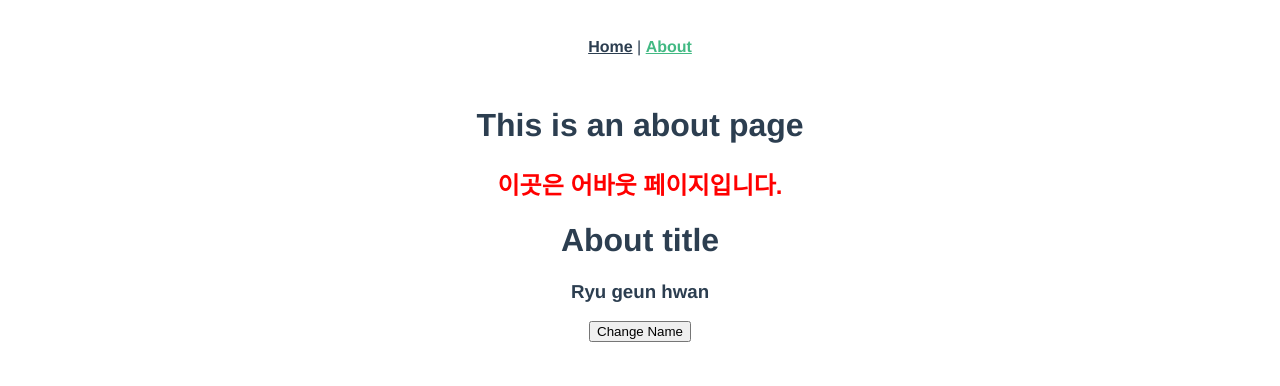
Repository: RyuGeunHwan/code_J
Page: /about (app in vue-props/)
These files come from the project's save history. The page is drawn as it stood at one moment and after the next save; the edit follows.
The browser window is 1280 px wide. The pictures show the whole page.
The project was rebuilt for these pictures with package versions that can differ from the ones it lists, and the page was loaded fresh each time. Also part of the build but not shown: vue-props/src/views/Home.vue.

Above is the page before, as saved 2022-08-26 16:44:41.

After the next save:
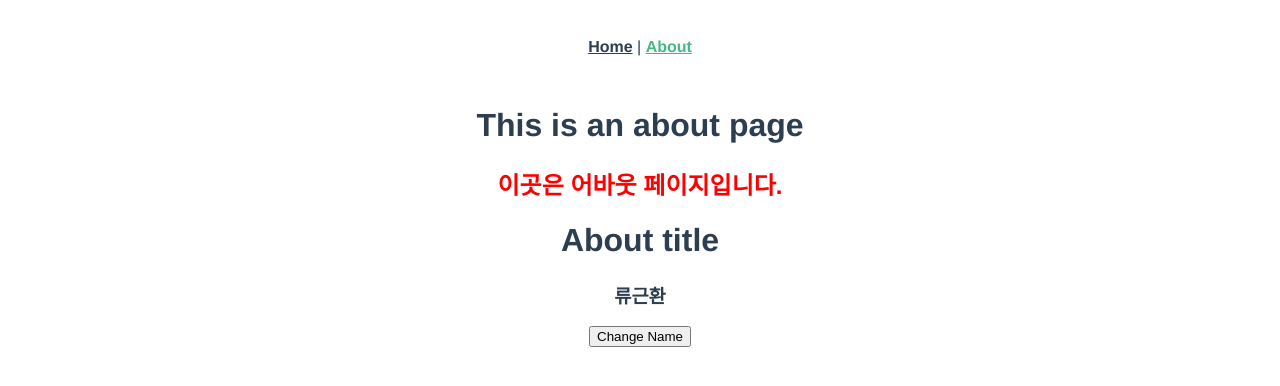
Saved 82 s later.
--- a/vue-props/src/views/About.vue
+++ b/vue-props/src/views/About.vue
@@ -2,7 +2,7 @@
   <div class="about">
     <h1>This is an about page</h1>
     <h2>이곳은 어바웃 페이지입니다.</h2>
-    <Kossie-coder title="About title" />
+    <Kossie-coder title="About title" name="류근환"/>
   </div>
 </template>
 
